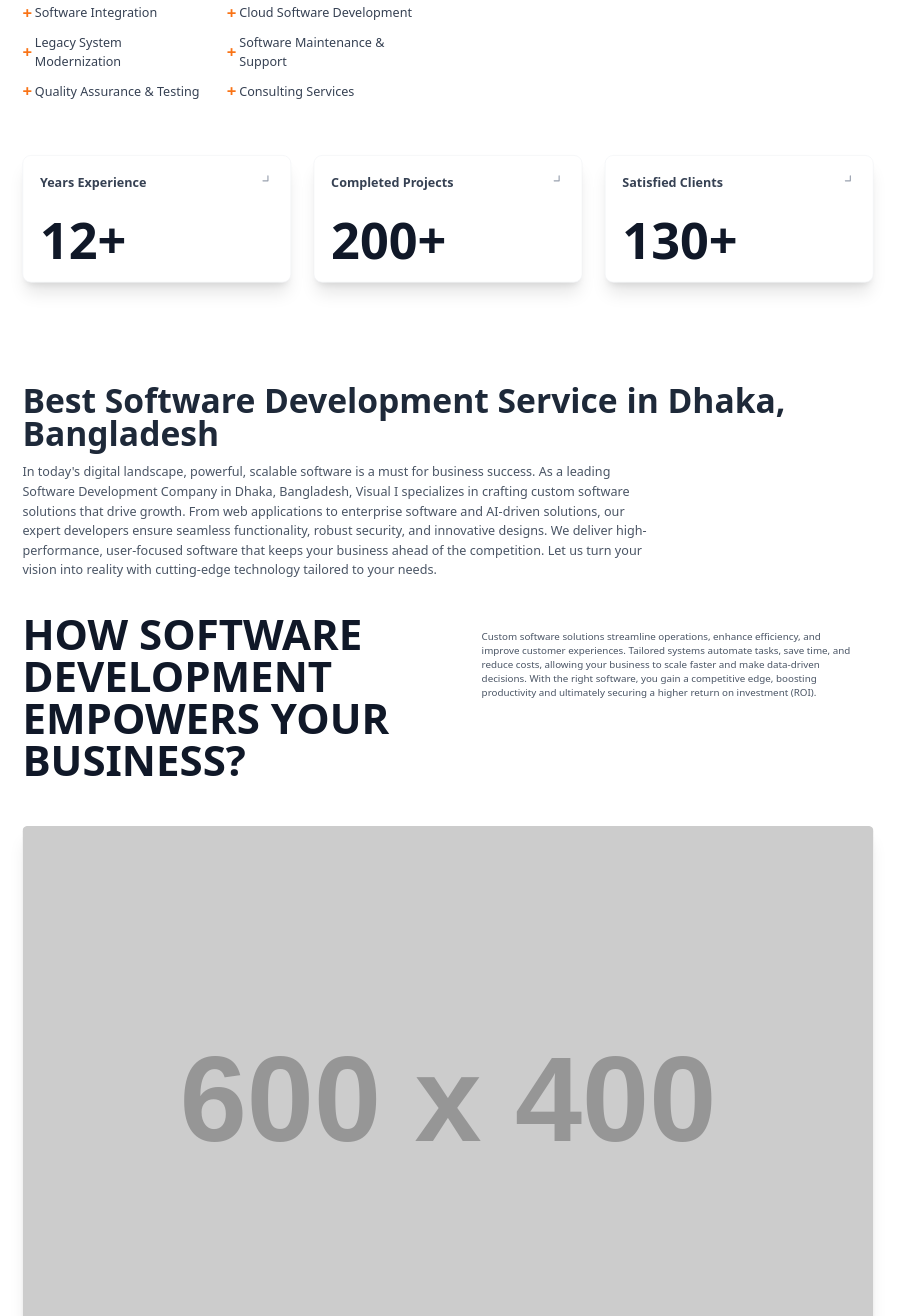
Repository: mdmuhibullahhabib/weboria
Page: /services
These files come from the project's save history. The page is drawn as it stood at one moment and after the next save; the edit follows.
The browser window is 1280 px wide. The page is 1313 px wide, so the pictures cover 1313 px, including what lies to the right of the window. The pictures show the part of the page from y = 1191 to 3071 px (the page is 7454 px tall), at 70% of full size.
The project was rebuilt for these pictures with package versions that can differ from the ones it lists, and the page was loaded fresh each time. The framework's server and built-in components were replaced by stand-ins that run in the browser. Also part of the build but not shown: next.config.mjs.

Above is the page before, as saved 2025-10-05 18:15:45.

After the next save:
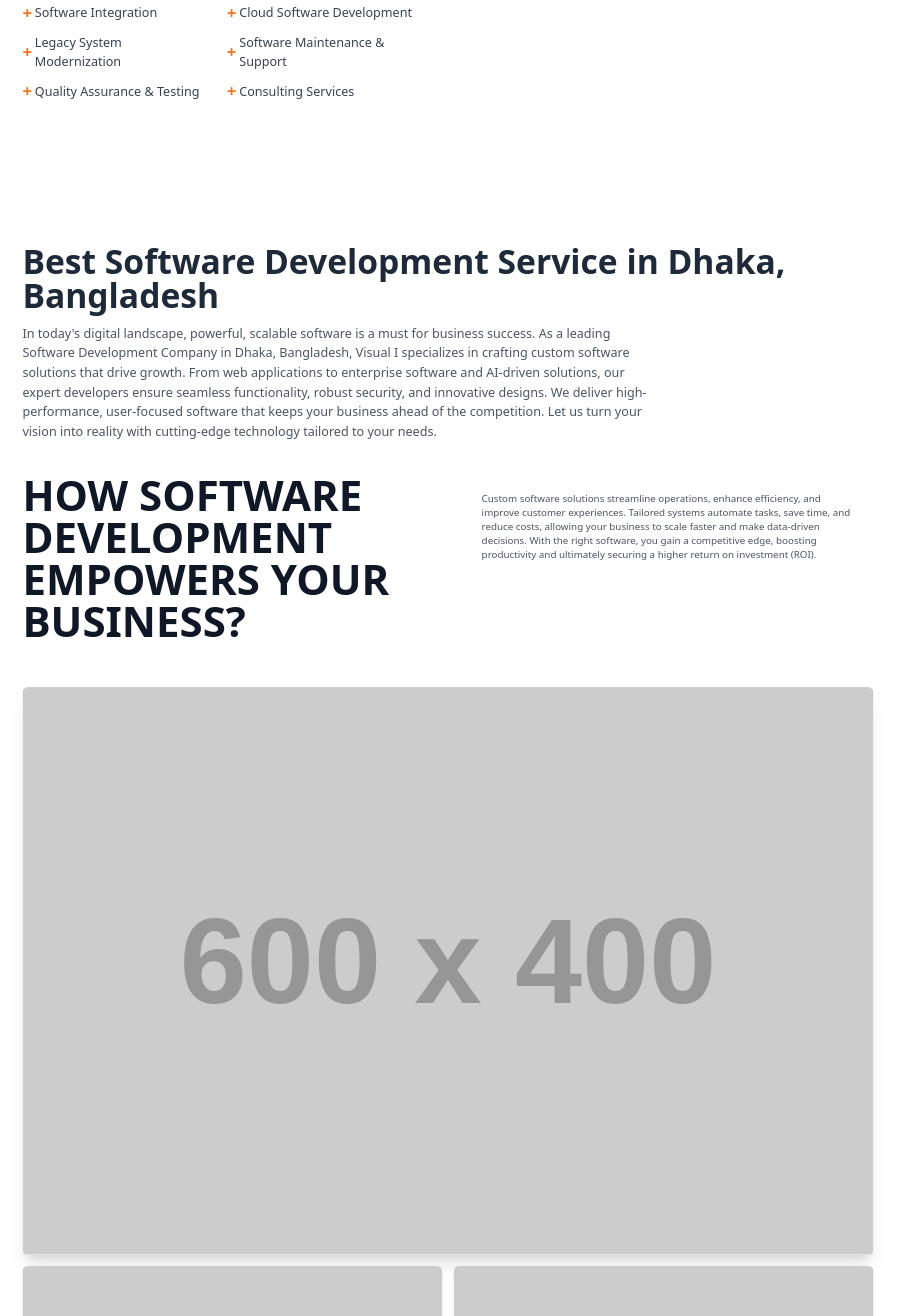
Saved 22 min 7 s later.
--- a/src/app/services/page.jsx
+++ b/src/app/services/page.jsx
@@ -417,11 +417,11 @@ const HeroSection = () => {
       <main>
         <Hero />
         <HeroSection />
-        <StatsSection />
         <ServiceListSection />
         <WhyChooseUsSection />
 
         <WorkingProcessSection />
+        <StatsSection />
         <FAQSection />
         <ContactSection />
       </main>
